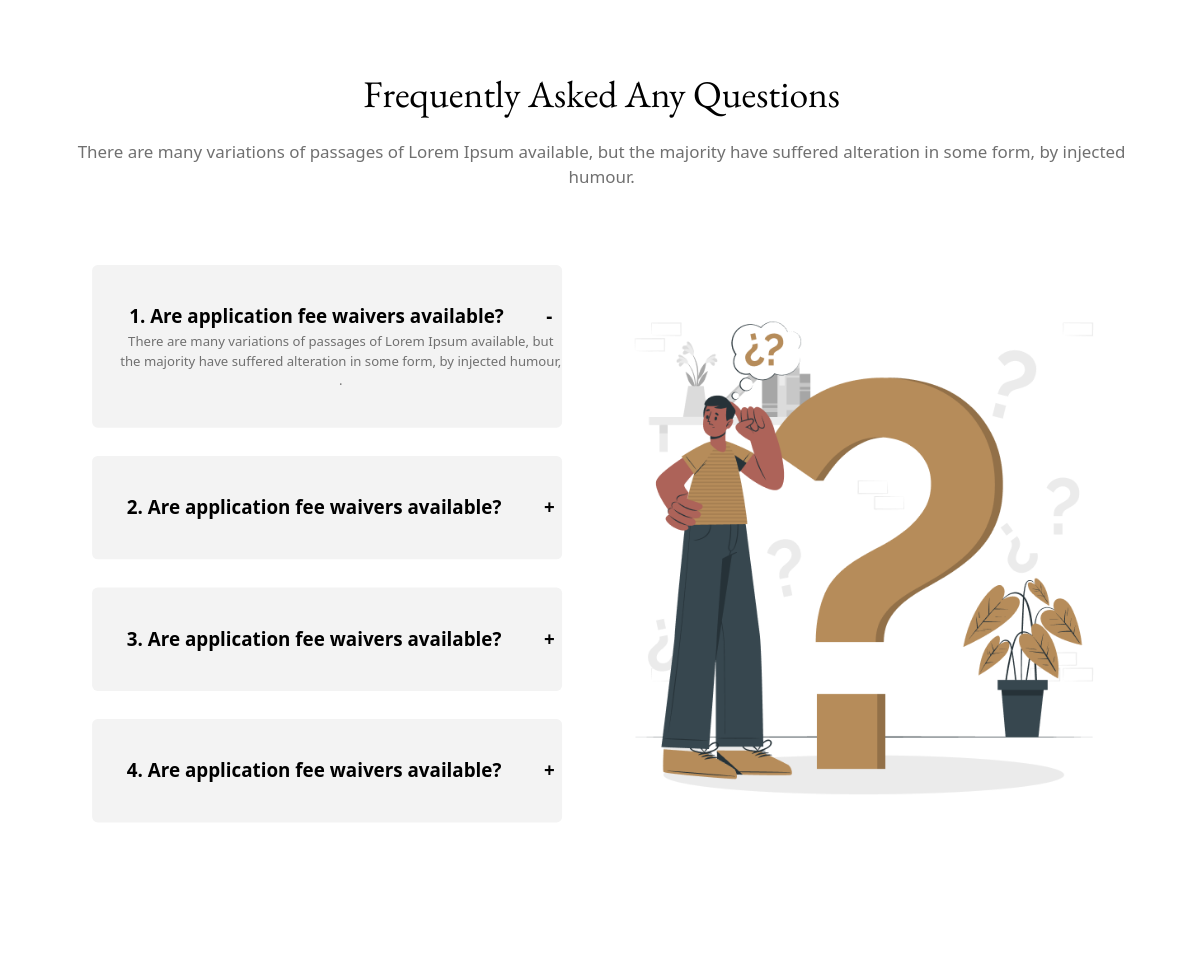
Repository: nahid-hasann/website-6
Page: index.html
The author's editor kept a copy of each file at every save. The page is drawn from the files as they stood at one save, then again after a run of saves.
The browser window is 1280 px wide. The pictures show the whole page, at 94% of full size.

Above is the page before, as saved 2025-07-21 17:18:23.

### index.html
<!DOCTYPE html>
<html lang="en">
<head>
    <meta charset="UTF-8">
    <meta name="viewport" content="width=device-width, initial-scale=1.0">
    <script src="https://cdn.jsdelivr.net/npm/@tailwindcss/browser@4"></script>
    <title>Document</title>
    <link rel="stylesheet" href="style.css">
    <link rel="stylesheet" href="https://cdnjs.cloudflare.com/ajax/libs/font-awesome/6.7.2/css/all.min.css" integrity="sha512-Evv84Mr4kqVGRNSgIGL/F/aIDqQb7xQ2vcrdIwxfjThSH8CSR7PBEakCr51Ck+w+/U6swU2Im1vVX0SVk9ABhg==" crossorigin="anonymous" referrerpolicy="no-referrer" />
</head>
<body>

<header class="hidden">

<div class="flex mx-auto w-[1170px]  justify-between items-center my-[30px] ">
    <div>
        <img src="images/logo2.png" alt="">
    </div>
    <div>
        <ul class="flex gap-[20px] text-[#707070]">
            <li><a href="">Home</a></li>
            <li><a href="">Service<i class="fa-solid fa-angle-right ml-[10px]"></i></a></li>
            <li><a href="">Cases<i class="fa-solid fa-angle-right ml-[10px]"></i></a></li>
            <li><a href="">Blog<i class="fa-solid fa-angle-right ml-[10px]"></i></a></li>
            <li><a href="">Contact us<i class="fa-solid fa-angle-right ml-[10px]"></i></a></li>
        </ul>
    </div>
    <div>
        <button class="bg-[#b68c59] py-[12px] px-[22px] text-white rounded-md" >Free Consultation</button>
    </div>
</div>


<div class="banner-img w-[1170px] h-[550px] mx-auto  flex flex-col items-center justify-center mt-[60px] mb-[130px]">
      <div class="banner-content w-[692px]">
         <h1 class="text-[72px] text-center text-white leading-none">We Provide Effective  Legal Solutions</h1>
       <p class="my-[30px] text-center  text-[#E7E7E7]">There are many variations of passages of Lorem Ipsum available, but the majority have suffered alteration in some form, by injected humour.</p>
       <div class="flex justify-center gap-[40px]">
        <input class="bg-white py-[12px] px-[30px] pr-[70px] w-[500px] rounded-md" type="text" name="" placeholder="Search your services" id="">
        <button class="bg-[#b68c59] py-[12px] px-[22px] text-white rounded-md" >Search</button>
       </div>
      </div>
</div>


</header>


<main>
    <section class="card-section xl:w-[1170px] mx-auto lg:mb-[130px] hidden">
        <div class="card-content">
            <h1 class="eb-garamond-ok text-[40px] text-center ">The Legal Practice Area</h1>
            <p class="text-center text-[#707070] my-[20px]">There are many variations of passages of Lorem Ipsum available, but the majority have <br> suffered alteration in some form, by injected humour.</p>
        </div>

        <div class="card-div mt-[100px] grid grid-cols-3">
            <div class="card py-[70px]  border-r border-[#E7E7E7]  border-b  flex flex-col items-center justify-center text-center">
                  <img src="images/business.png" alt="">
                  <h1 class="text-[32px] my-[15px]">Business Law</h1>
                  <p class="text-[#707070] w-[258px] mb-[15px]">There are many variations of passages of Lorem Ipsum available, but the majority have suffered alteration in some form, by injected humour.</p>
                  <img src="images/Frame.png" alt="">
            </div>

             <div class="card bg-[linear-gradient(to_bottom,_#f3f3f3,_#ffffff)]   py-[70px] border-[#E7E7E7] border-r border-b flex flex-col items-center justify-center text-center">
                  <img src="images/criminal.png" alt="">
                  <h1 class="text-[32px] my-[15px]">Criminal Law</h1>
                  <p class="text-[#707070] w-[258px] mb-[15px]">There are many variations of passages of Lorem Ipsum available, but the majority have suffered alteration in some form, by injected humour.</p>
                  <img src="images/Frame.png" alt="">
            </div>

             <div class="card  py-[70px] border-[#E7E7E7] border-b flex flex-col items-center justify-center text-center">
                  <img src="images/child.png" alt="">
                  <h1 class="text-[32px] my-[15px]">Child Support</h1>
                  <p class="text-[#707070] w-[258px] mb-[15px]">There are many variations of passages of Lorem Ipsum available, but the majority have suffered alteration in some form, by injected humour.</p>
                  <img src="images/Frame.png" alt="">
            </div>

             <div class="card border-r border-[#E7E7E7]  py-[70px] flex flex-col items-center justify-center text-center">
                  <img src="images/education.png" alt="">
                  <h1 class="text-[32px] my-[15px]">Education Law</h1>
                  <p class="text-[#707070] w-[258px] mb-[15px]">There are many variations of passages of Lorem Ipsum available, but the majority have suffered alteration in some form, by injected humour.</p>
                  <img src="images/Frame.png" alt="">
            </div>

             <div class="card border-r border-[#E7E7E7]  py-[70px] flex flex-col items-center justify-center text-center">
                  <img src="images/divorce.png" alt="">
                  <h1 class="text-[32px] my-[15px]">Divorce Law</h1>
                  <p class="text-[#707070] w-[258px] mb-[15px]">There are many variations of passages of Lorem Ipsum available, but the majority have suffered alteration in some form, by injected humour.</p>
                  <img src="images/Frame.png" alt="">
            </div>

             <div class="card  py-[70px] flex flex-col items-center justify-center text-center">
                  <img src="images/tax.png" alt="">
                  <h1 class="text-[32px] my-[15px]">Tax Law</h1>
                  <p class="text-[#707070] w-[258px] mb-[15px]">There are many variations of passages of Lorem Ipsum available, but the majority have suffered alteration in some form, by injected humour.</p>
                  <img src="images/Frame.png" alt="">
            </div>
        </div>
    </section>

    <section class="question-section lg:mb-[130px] xl:w-[1170px] sm:my-[70px] mx-auto">
         <h1 class="eb-garamond-ok xl:text-[40px] lg:text-[30px] sm:text-[25px] text-center">Frequently Asked Any Questions</h1>
         <p class="xl:text-[18px] text-center text-[#707070] mt-[18px] sm:text-[13px] sm:px-[20px] mb-[40px]">There are many variations of passages of Lorem Ipsum available, but the majority have suffered alteration in some form, by injected humour.</p>

         <div class="ques-img lg:flex lg:justify-around lg:items-center lg:mt-[80px] ">
             <div class="lg:w-[45%]">
                 <div class=" bg-[#f3f3f3] pl-[30px] py-[40px] rounded-md mb-[30px] sm:text-center sm:w-[500px] mx-auto">
                    <h1 class="lg:text-[18px] xl:text-[20px] font-extrabold ">1. Are application fee waivers available? <span class="ml-[40px]">-</span> </h1>
                    <p class="text-[#707070] lg:text-[14px]">There are many variations of passages of Lorem Ipsum available, but the majority have suffered alteration in some form, by injected humour, . </p>
                 </div>
                 <div class=" bg-[#f3f3f3] pl-[30px] py-[40px] rounded-md mb-[30px] sm:text-center sm:w-[500px] mx-auto">
                    <h1 class="lg:text-[18px] xl:text-[20px] font-extrabold">2. Are application fee waivers available? <span class="ml-[40px]">+</span> </h1>
                 </div>
                 <div class=" bg-[#f3f3f3] pl-[30px] py-[40px] rounded-md mb-[30px] sm:text-center sm:w-[500px] mx-auto">
                    <h1 class="lg:text-[18px] xl:text-[20px] font-extrabold">3. Are application fee waivers available? <span class="ml-[40px]">+</span> </h1>
                 </div>
                 <div class=" bg-[#f3f3f3] pl-[30px] py-[40px] rounded-md mb-[30px] sm:text-center sm:w-[500px] mx-auto">
                    <h1 class="lg:text-[18px] xl:text-[20px] font-extrabold">4. Are application fee waivers available? <span class="ml-[40px]">+</span> </h1>
                 </div>
             </div>
             <div class="lg:w-[45%]">
                <img src="images/faq.png" alt="" class="max-w-full sm:w-[500px]">
             </div>
         </div>
    </section>
</main>





</body>
</html>

### style.css
@import url('https://fonts.googleapis.com/css2?family=EB+Garamond:ital,wght@0,400..800;1,400..800&display=swap');


.eb-garamond-ok {
  font-family: "EB Garamond", serif;
  font-optical-sizing: auto;
  font-style: normal;
}


.banner-img{
    background-image: linear-gradient(rgba(0, 0, 0, 0.5), rgba(0, 0, 0, 0.5)), url('images/banner.png');
}

After the next 5 saves:
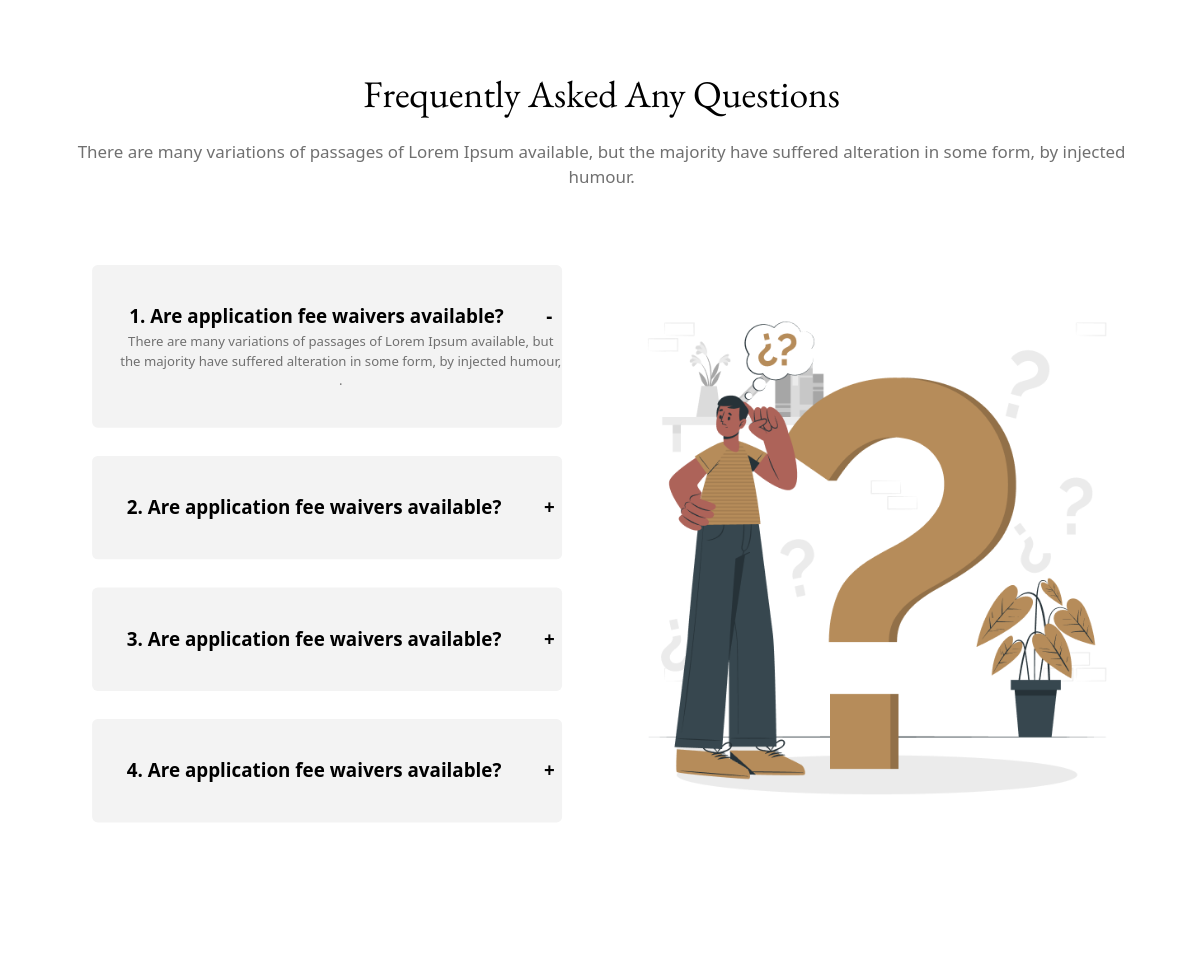
The 5 saves are shown as one change because they came seconds apart.
The last was saved 27 s later.
--- a/index.html
+++ b/index.html
@@ -119,7 +119,7 @@
                  </div>
              </div>
              <div class="lg:w-[45%]">
-                <img src="images/faq.png" alt="" class="max-w-full sm:w-[500px]">
+                <img src="images/faq.png" alt="" class="max-w-full sm:w-[500px] sm:mx-auto">
              </div>
          </div>
     </section>
